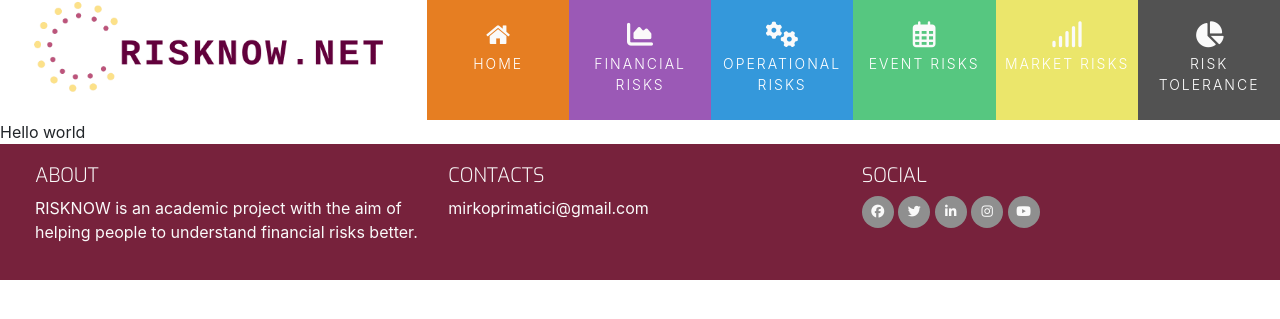
Repository: mirkoprimaticix/risknow.net
Page: index.html
The author's editor kept a record of every edit. The page is drawn from the files as they stood at one moment, then again after the next edit.
The browser window is 1280 px wide. The pictures show the whole page.
Some web libraries are served in a nearby version.

Above is the page before.
Console error: TypeError: Cannot read properties of undefined (reading 'fn')

After the next edit:
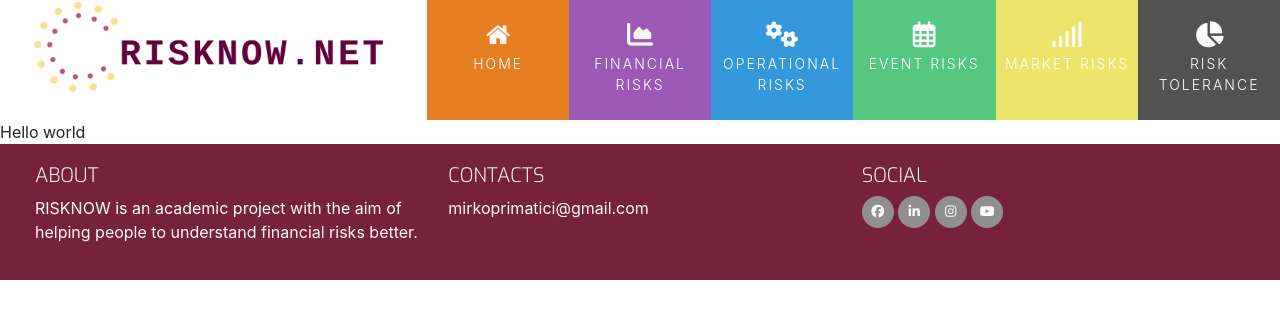
The edit:
--- a/index.html
+++ b/index.html
@@ -79,12 +79,6 @@
                     </li>
                     <li class="list-inline-item">
                         <a target="_blank" href="#">
-                            <i class="fa fa-twitter" aria-hidden="true"></i>
-                            <span class="sr-only">Twitter</span>
-                        </a>
-                    </li>
-                    <li class="list-inline-item">
-                        <a target="_blank" href="#">
                             <i class="fa fa-linkedin" aria-hidden="true"></i>
                             <span class="sr-only">LinkedIn</span>
                         </a>
